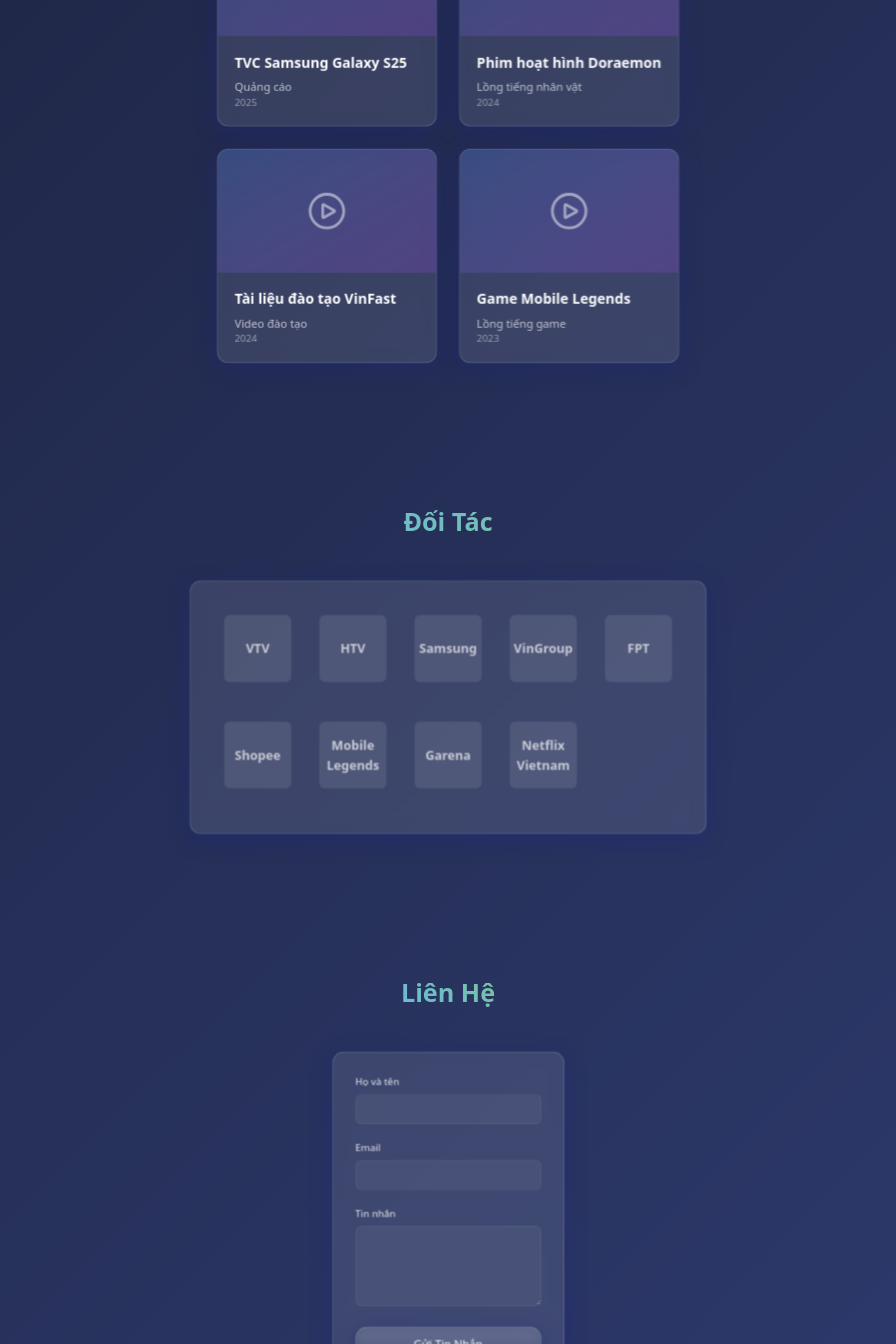
Repository: nguyenkhuyen158/voice-talent2
Page: /
The author's editor kept a copy of each file at every save. The page is drawn from the files as they stood at one save, then again after a run of saves.
The browser window is 1280 px wide. The pictures show the part of the page from y = 1748 to 3668 px (the page is 4049 px tall), at 70% of full size.
The project was rebuilt for these pictures with package versions that can differ from the ones it lists, and the page was loaded fresh each time. The framework's server and built-in components were replaced by stand-ins that run in the browser. Also part of the build but not shown: next.config.ts.

Above is the page before, as saved 2025-06-18 11:33:25.

After the next 2 saves:
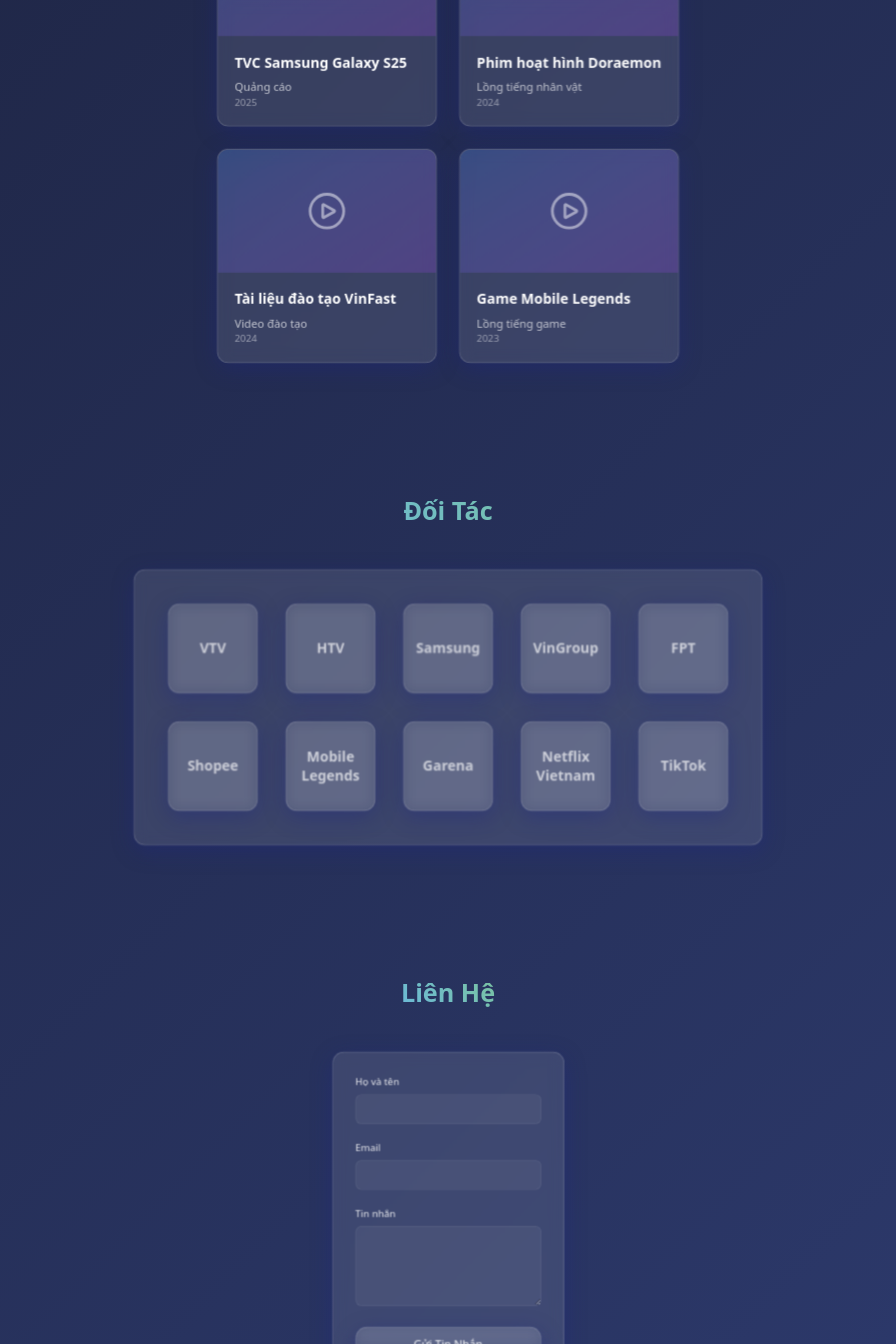
The 2 saves are shown as one change because 1 did not build or start.
The last was saved 69 s later.
--- a/app/page.tsx
+++ b/app/page.tsx
@@ -216,19 +216,26 @@
           <motion.div
             initial={{ opacity: 0, y: 20 }}
             whileInView={{ opacity: 1, y: 0 }}
-            className="partner-grid glass-card p-12"
+            className="glass-card p-12"
           >
-            {[
-              "VTV", "HTV", "Samsung", "VinGroup", "FPT", "Shopee",
-              "Mobile Legends", "Garena", "Netflix Vietnam"
-            ].map((partner, idx) => (
-              <div key={idx} className="text-center">
-                <div className="w-24 h-24 mx-auto mb-4 bg-white/10 rounded-lg flex items-center justify-center">
-                  {/* Partner logo placeholder */}
-                  <span className="text-lg font-bold text-white/70">{partner}</span>
-                </div>
-              </div>
-            ))}
+            <div className="partner-grid">
+              {[
+                "VTV", "HTV", "Samsung", "VinGroup", "FPT", "Shopee",
+                "Mobile Legends", "Garena", "Netflix Vietnam", "TikTok"
+              ].map((partner, idx) => (
+                <motion.div
+                  key={idx}
+                  initial={{ opacity: 0, scale: 0.8 }}
+                  whileInView={{ opacity: 1, scale: 1 }}
+                  transition={{ delay: idx * 0.1 }}
+                  className="text-center transform hover:scale-110 transition-transform duration-300"
+                >
+                  <div className="w-32 h-32 mx-auto glass-card flex items-center justify-center p-6 group hover:bg-white/20">
+                    <span className="text-xl font-bold text-white/70 group-hover:text-white/90">{partner}</span>
+                  </div>
+                </motion.div>
+              ))}
+            </div>
           </motion.div>
         </div>
       </section>
